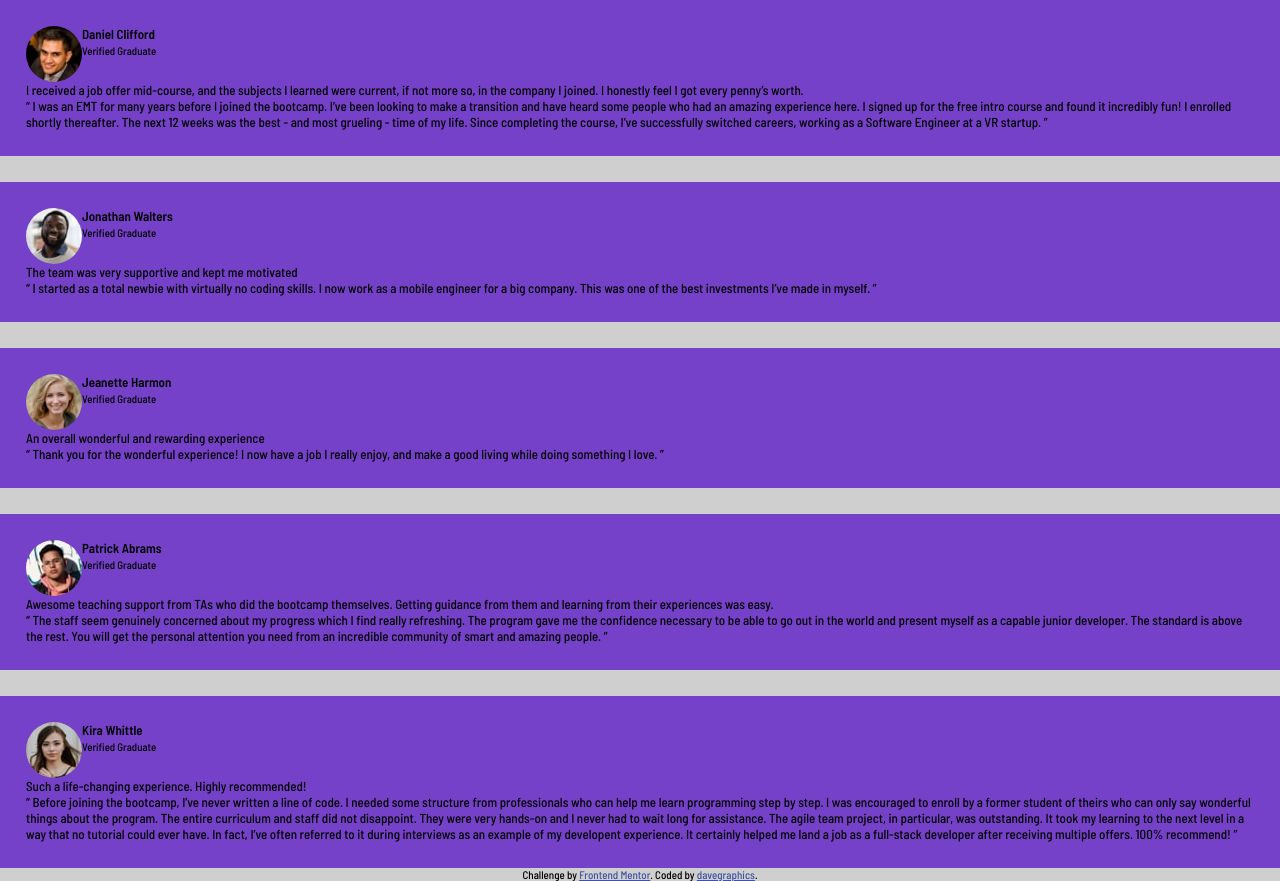
Repository: DejV44/testimonials_grid_section_main
Page: index.html
These files come from the project's save history. The page is drawn as it stood at one moment and after the next save; the edit follows.
The browser window is 1280 px wide. The pictures show the whole page.
The style sheet was rebuilt from its Sass, Less or Tailwind sources for each picture, by a compiler version that may differ from the author's.

Above is the page before, as saved 2021-07-14 19:55:05.

### index.html
<!DOCTYPE html>
<html lang="en">

<head>
  <meta charset="UTF-8">
  <meta name="viewport" content="width=device-width, initial-scale=1.0">
  <link rel="stylesheet" href="css/style.css">
  <link rel="icon" type="image/png" sizes="32x32" href="./images/favicon-32x32.png">
  <title>Frontend Mentor | Testimonials grid section</title>
</head>

<body>
  <div class="container">
    <div class="cards">
      <div class="image">
        <img src="./images/image-daniel.jpg" alt="image-daniel">
        <div>
          <h4>Daniel Clifford</h4>
          <small>Verified Graduate</small>
        </div>
      </div>
      <p>I received a job offer mid-course, and the subjects I learned were current, if not more so,
        in the company I joined. I honestly feel I got every penny’s worth.</p>
      <p>“ I was an EMT for many years before I joined the bootcamp. I’ve been looking to make a
        transition and have heard some people who had an amazing experience here. I signed up
        for the free intro course and found it incredibly fun! I enrolled shortly thereafter.
        The next 12 weeks was the best - and most grueling - time of my life. Since completing
        the course, I’ve successfully switched careers, working as a Software Engineer at a VR startup. ”</p>
    </div>
    <div class="cards">
      <div class="image">
        <img src="./images/image-jonathan.jpg" alt="image-jonathan">
        <div>
          <h4>Jonathan Walters</h4>
          <small>Verified Graduate</small>
        </div>
      </div>
      <p>The team was very supportive and kept me motivated</p>
      <p>“ I started as a total newbie with virtually no coding skills. I now work as a mobile engineer
        for a big company. This was one of the best investments I’ve made in myself. ”</p>
    </div>
    <div class="cards">
      <div class="image">
        <img src="./images/image-jeanette.jpg" alt="image-jeanette">
        <div>
          <h4>Jeanette Harmon</h4>
          <small>Verified Graduate</small>
        </div>
      </div>
      <p>An overall wonderful and rewarding experience</p>
      <p>“ Thank you for the wonderful experience! I now have a job I really enjoy, and make a good living
        while doing something I love. ”</p>
    </div>
    <div class="cards">
      <div class="image">
        <img src="./images/image-patrick.jpg" alt="image-patrick">
        <div>
          <h4>Patrick Abrams</h4>
          <small>Verified Graduate</small>
        </div>
      </div>
      <p>Awesome teaching support from TAs who did the bootcamp themselves. Getting guidance from them and
        learning from their experiences was easy.</p>
      <p>“ The staff seem genuinely concerned about my progress which I find really refreshing. The program
        gave me the confidence necessary to be able to go out in the world and present myself as a capable
        junior developer. The standard is above the rest. You will get the personal attention you need from
        an incredible community of smart and amazing people. ”</p>
    </div>
    <div class="cards">
      <div class="image">
        <img src="./images/image-kira.jpg" alt="image-kira">
        <div>
          <h4>Kira Whittle</h4>
          <small>Verified Graduate</small>
        </div>
      </div>
      <p>Such a life-changing experience. Highly recommended!</p>
      <p>“ Before joining the bootcamp, I’ve never written a line of code. I needed some structure from
        professionals who can help me learn programming step by step. I was encouraged to enroll by a former
        student of theirs who can only say wonderful things about the program. The entire curriculum and staff
        did not disappoint. They were very hands-on and I never had to wait long for assistance. The agile team
        project, in particular, was outstanding. It took my learning to the next level in a way that no tutorial
        could ever have. In fact, I’ve often referred to it during interviews as an example of my developent
        experience. It certainly helped me land a job as a full-stack developer after receiving multiple offers.
        100% recommend! ”</p>
    </div>
  </div>
  <div class="attribution">
    Challenge by <a href="https://www.frontendmentor.io?ref=challenge" target="_blank">Frontend Mentor</a>.
    Coded by <a href="#">davegraphics</a>.
  </div>
</body>

</html>

### css/style.scss
@import url('https://fonts.googleapis.com/css2?family=Barlow+Semi+Condensed:wght@500;600&display=swap');

$ModerateViolet: hsl(263, 55%, 52%);
$VeryDarkGrayishBlue: hsl(217, 19%, 35%);
$VeryDarkBlackishBlue: hsl(219, 29%, 14%);
$White: hsl(0, 0%, 100%);
$LightGray: hsl(0, 0%, 81%);
$LightGrayishBlue: hsl(210, 46%, 95%);

* {
    margin: 0;
    padding: 0;
}

body {
    font-size: 13px;
    font-family: 'Barlow Semi Condensed', sans-serif;
    background-color: $LightGray;

    .container {
        display: grid;
        grid-template-columns: 1fr;
        row-gap: 2em;
        column-gap: 2em;

        .cards {
            background-color: $ModerateViolet;
            padding: 2em;

            .image {
                display: flex;

                img {
                    border-radius: 50%;
                }
            }
        }

    }


.attribution { font-size: 11px; text-align: center; }
.attribution a { color: hsl(228, 45%, 44%); }

}

After the next save:
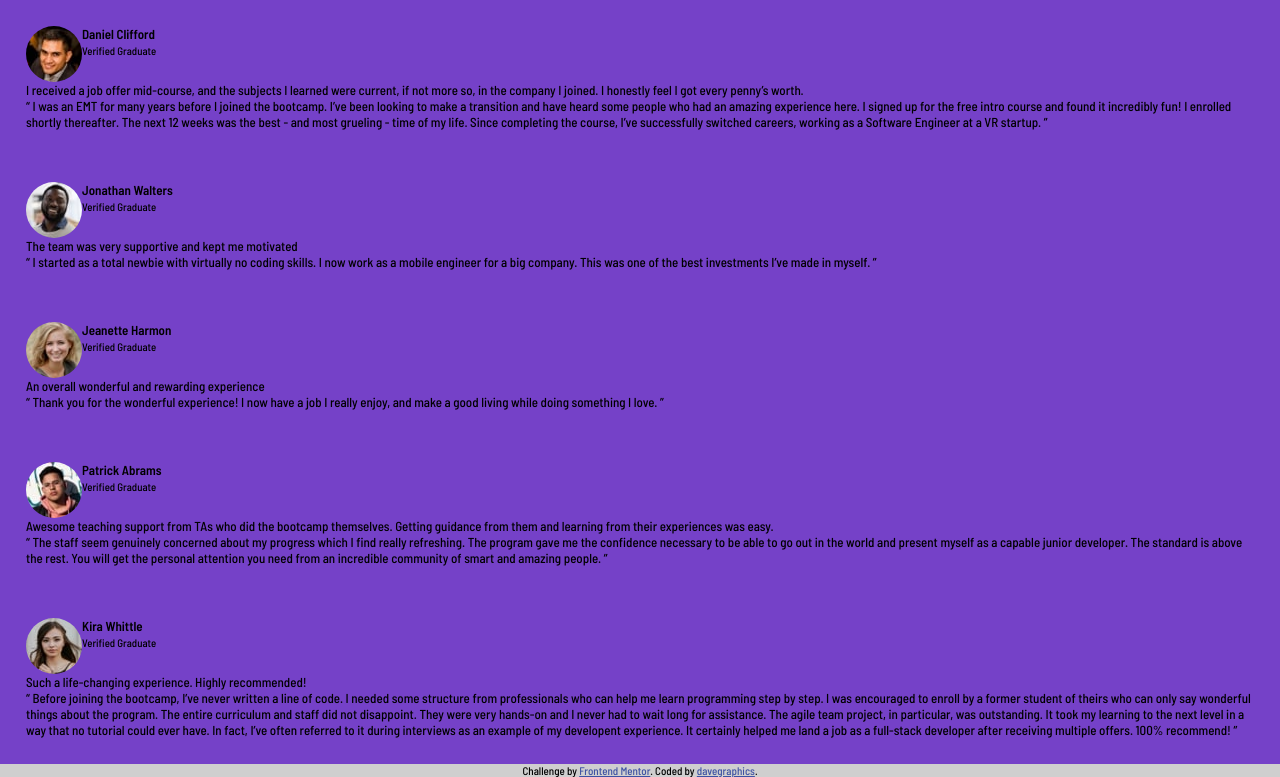
Saved 16 s later.
--- a/css/style.scss
+++ b/css/style.scss
@@ -20,8 +20,7 @@ body {
     .container {
         display: grid;
         grid-template-columns: 1fr;
-        row-gap: 2em;
-        column-gap: 2em;
+
 
         .cards {
             background-color: $ModerateViolet;
